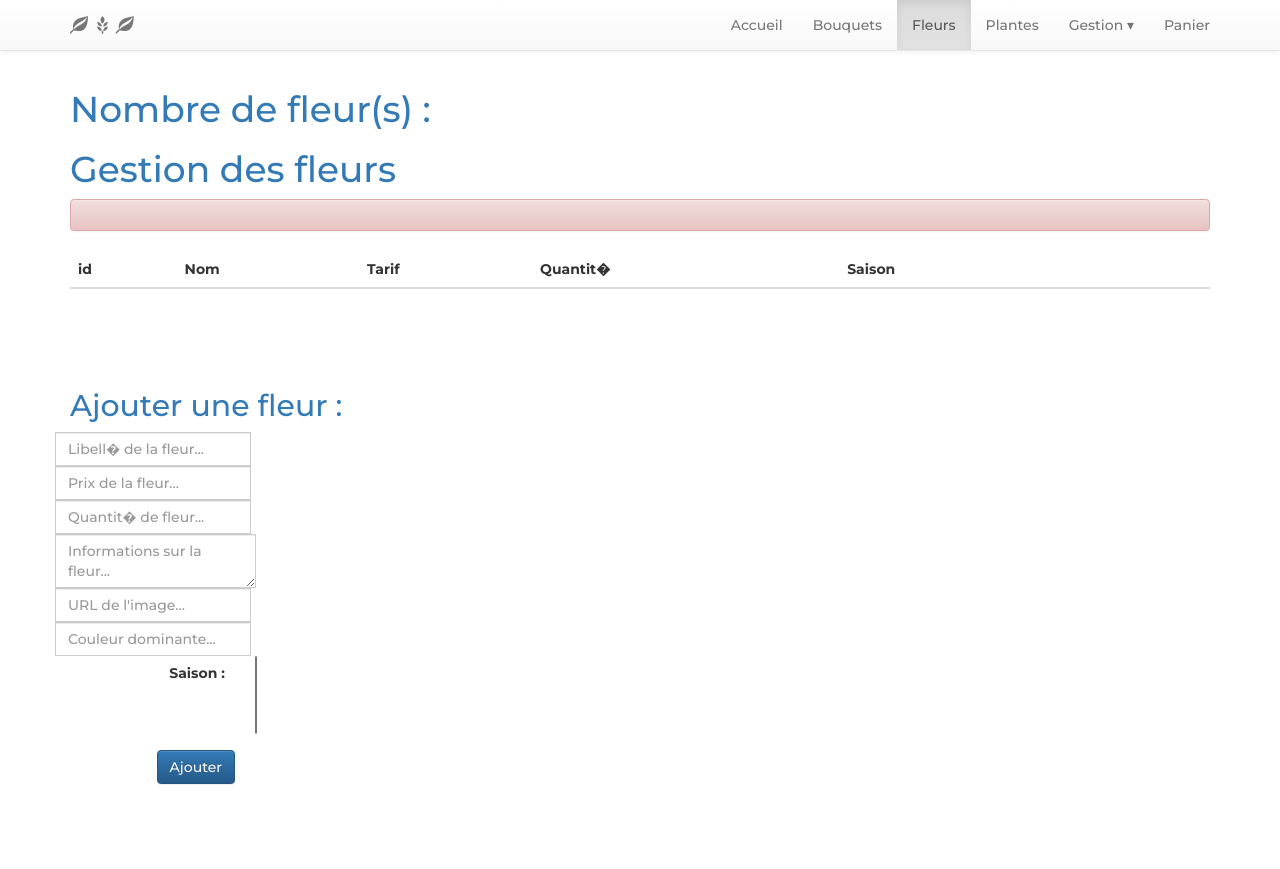
Repository: JeremT8/JavaFleuristeProject
Page: tp-fleuriste/src/main/webapp/bouquet-detail.html
These files come from the project's save history. The page is drawn as it stood at one moment and after the next save; the edit follows.
The browser window is 1280 px wide. The pictures show the whole page.
Some web libraries are served in a nearby version.

Above is the page before, as saved 2022-05-18 08:28:44.

After the next save:
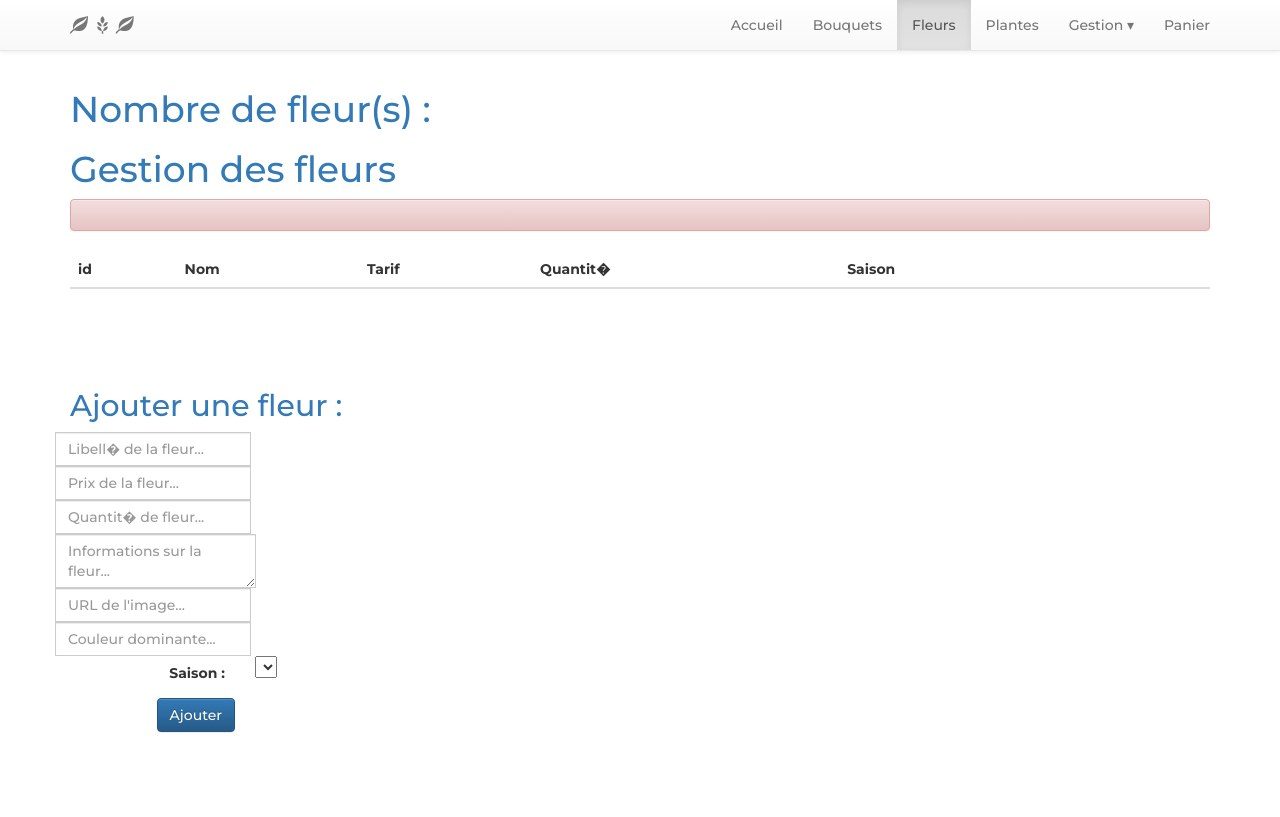
Saved 16 s later.
--- a/tp-fleuriste/src/main/webapp/bouquet-detail.html
+++ b/tp-fleuriste/src/main/webapp/bouquet-detail.html
@@ -138,7 +138,7 @@
 						<label for="saison" class="col-xs-2 control-label">Saison
 							:</label>
 						<div class="col-xs-10">
-							<select id="saison" class="form-select" multiple aria-label="multiple select example">
+							<select id="saison" class="form-select" aria-label="multiple select example">
 
 							</select>
 						</div>
